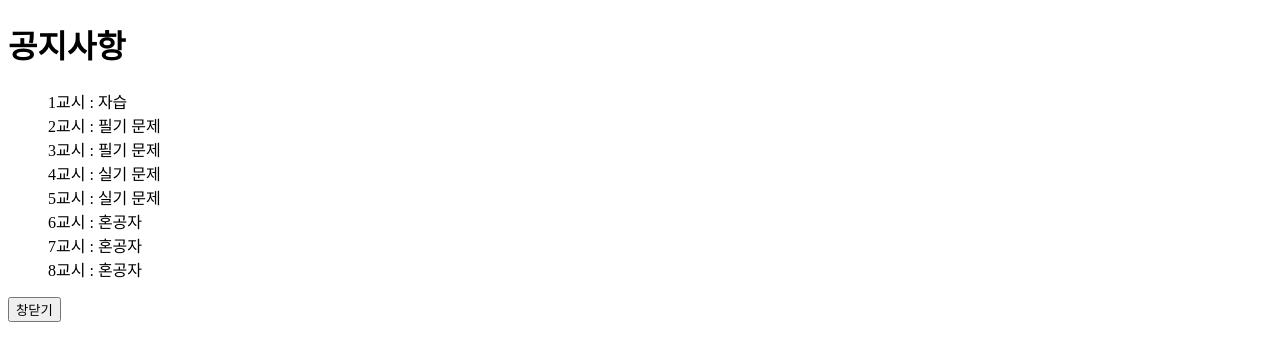
Repository: saysang22/servlet
Page: JSPBook/src/main/webapp/ch08/popup.html
An editor plug-in stored every save of this project. The page is shown before and after the next save, followed by the edit.
The browser window is 1280 px wide. The pictures show the whole page.

Above is the page before, as saved 2024-06-06 01:19:58.

### JSPBook/src/main/webapp/ch08/popup.html
<!DOCTYPE html>
<html>
<head>
<meta charset="UTF-8">
<title>공지사항</title>
<style>
	ul {
		list-style: none;
	}
</style>
</head>
<body>
	<h1>공지사항</h1>
	<ul>
		<li>1교시 : 자습</li>
		<li>2교시 : 필기 문제</li>
		<li>3교시 : 필기 문제</li>
		<li>4교시 : 실기 문제</li>
		<li>5교시 : 실기 문제</li>
		<li>6교시 : 혼공자</li>
		<li>7교시 : 혼공자</li>
		<li>8교시 : 혼공자</li>
	</ul>
	<input type="button" value="창닫기" onclick="window.close()">
</body>
</html>

After the next save:
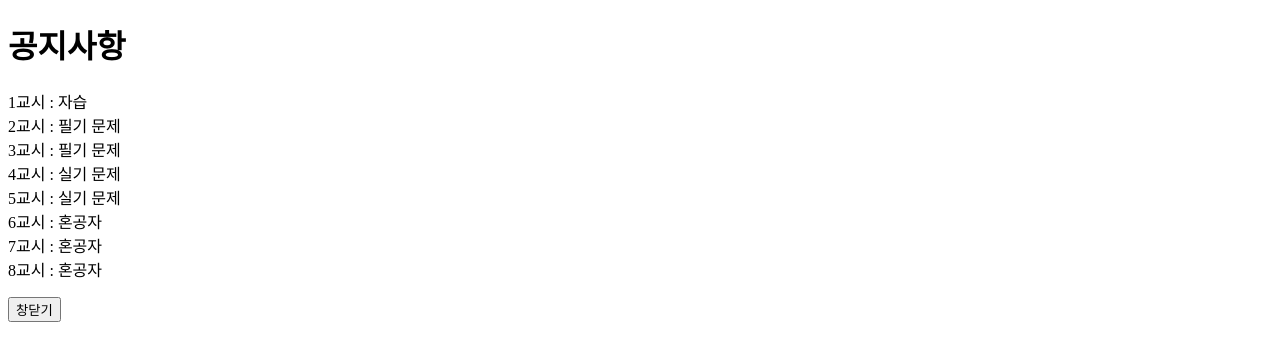
Saved 11 s later.
--- a/JSPBook/src/main/webapp/ch08/popup.html
+++ b/JSPBook/src/main/webapp/ch08/popup.html
@@ -6,6 +6,7 @@
 <style>
 	ul {
 		list-style: none;
+		padding: 0;
 	}
 </style>
 </head>
